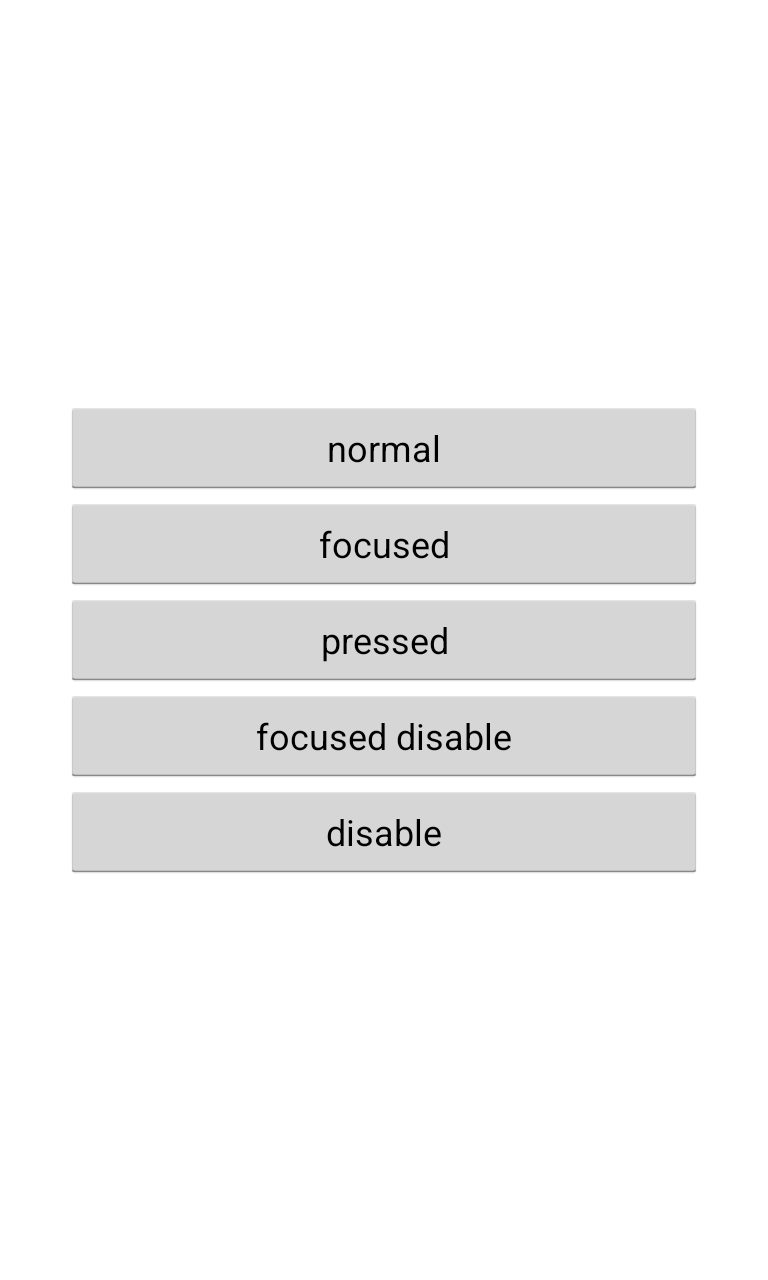
Repository: gabr/workspace
Layout: PierwszaAplikacja/res/layout/buttons_list.xml
An editor plug-in stored every save of this project. The layout is shown before and after the next save, followed by the edit.
It is drawn on a 768 x 1280 px phone screen (xhdpi) without system bars, with theme AppTheme; the app's code is not run.

Above is the layout before, as saved 2012-12-14 12:12:52.

After the next save:
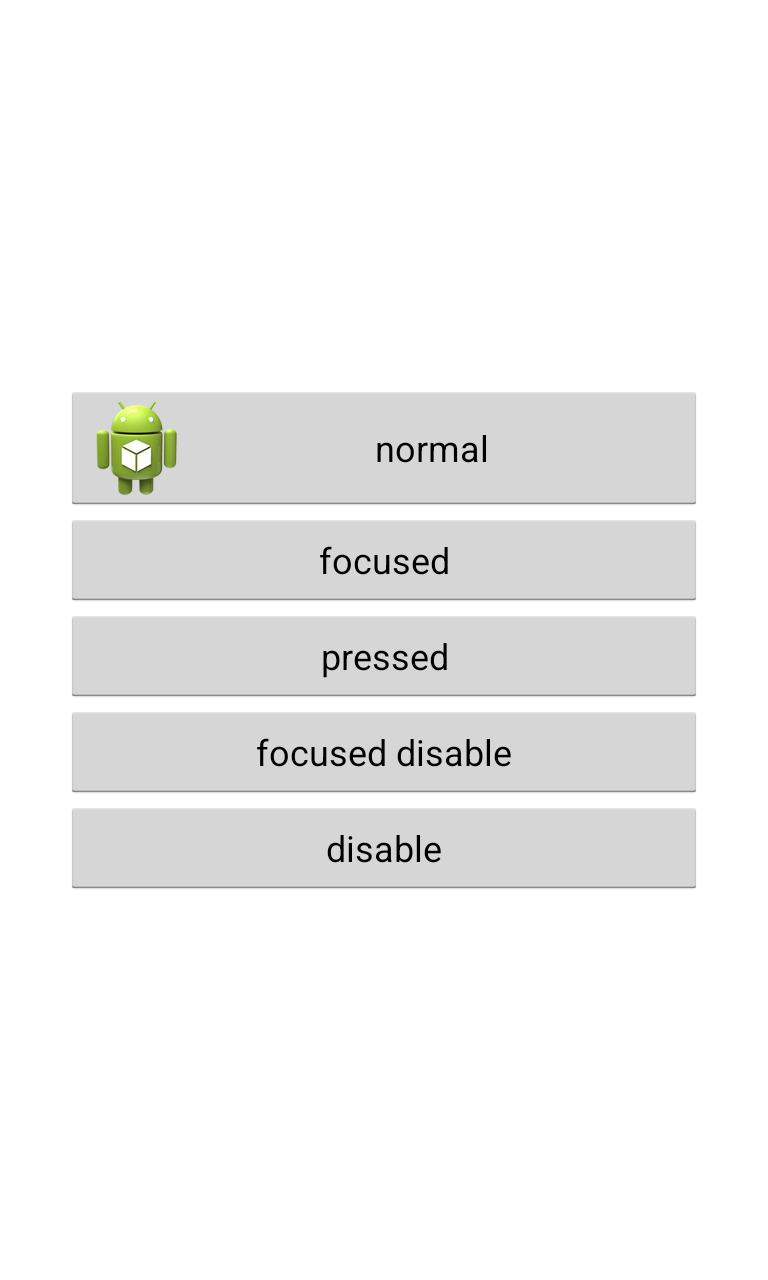
Saved 3 min 20 s later.
--- a/PierwszaAplikacja/res/layout/buttons_list.xml
+++ b/PierwszaAplikacja/res/layout/buttons_list.xml
@@ -10,7 +10,8 @@
     <Button
         android:layout_width="match_parent"
         android:layout_height="wrap_content"
-        android:text="@string/but_normal" />
+        android:text="@string/but_normal"
+        android:drawableLeft="@drawable/ic_launcher" />
 
     <Button
         android:layout_width="match_parent"
